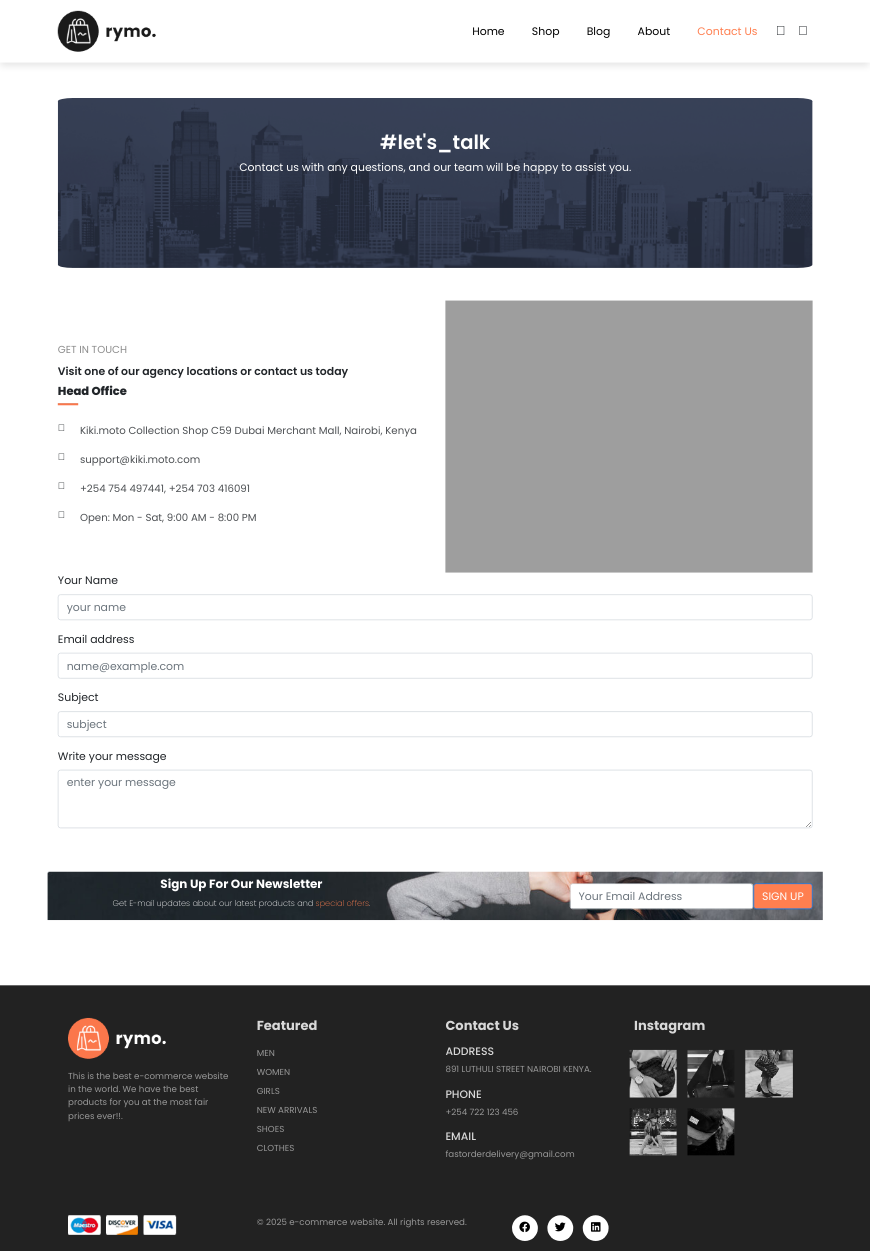
Repository: peter417waweru/e-commerce-UI
Page: contact.html
An editor plug-in stored every save of this project. The page is shown before and after the next save, followed by the edit.
The browser window is 1280 px wide. The pictures show the whole page, at 68% of full size.
Pictures or frames that could not be fetched are drawn as grey boxes. Some web libraries are served in a nearby version.

Above is the page before, as saved 2025-02-10 00:55:36.
Console error: TypeError: Cannot set properties of undefined (setting 'onclick')

After the next save:
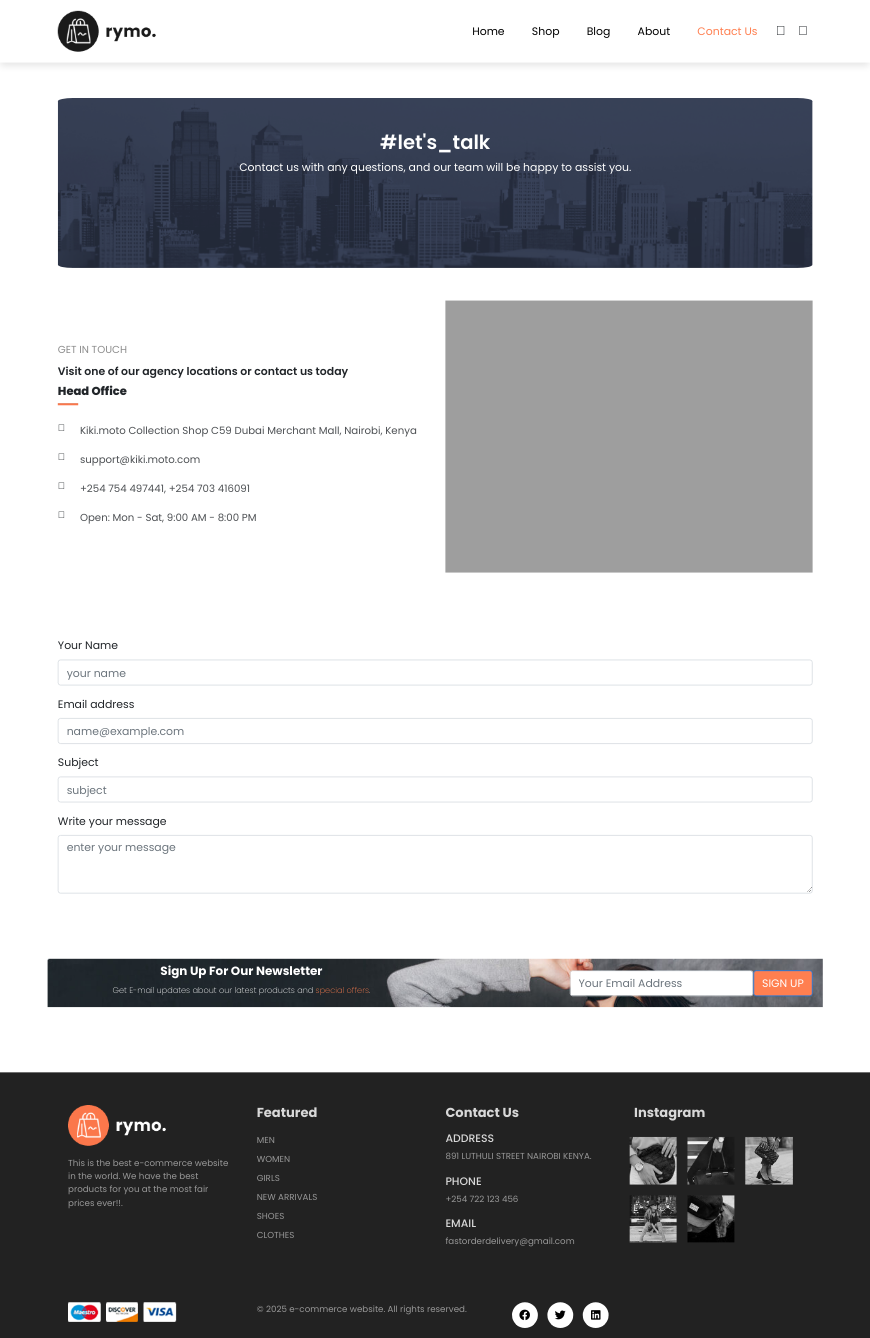
Saved 2 min 53 s later.
--- a/contact.html
+++ b/contact.html
@@ -97,7 +97,7 @@
         </section>
 
         <section>
-            <form action="" class="container">
+            <form action="" class="container my-5 pt-5">
                 <div class="mb-3">
                     <label for="exampleFormControlInput1" class="form-label">Your Name</label>
                     <input type="email" class="form-control" id="exampleFormControlInput1" placeholder="your name">
